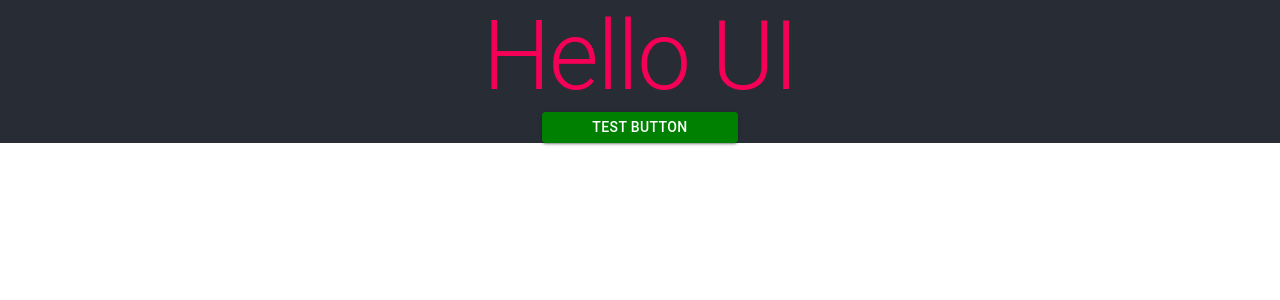
Repository: ShunsukeTanizaki/COVID19-Live
Page: /
The author's editor kept a copy of each file at every save. The page is drawn from the files as they stood at one save, then again after the next save.
The browser window is 1280 px wide. The pictures show the whole page.
The project was rebuilt for these pictures with package versions that can differ from the ones it lists, and the page was loaded fresh each time.

Above is the page before, as saved 2020-11-07 23:20:15.

After the next save:
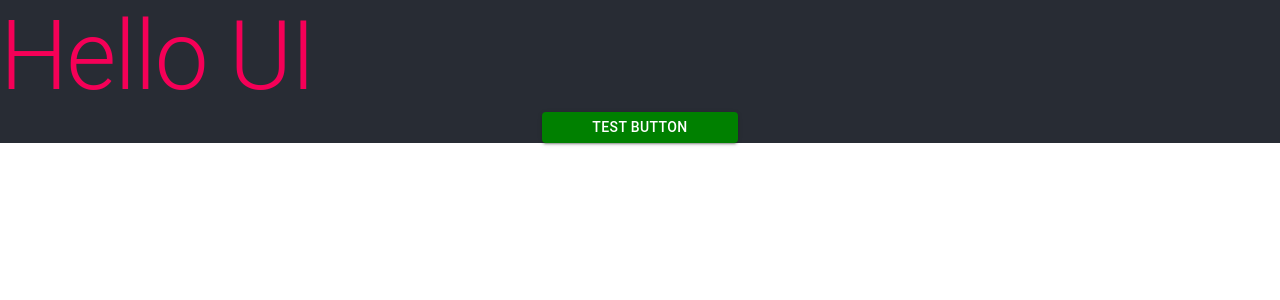
Saved 37 s later.
--- a/src/components/MaterialUI .tsx
+++ b/src/components/MaterialUI .tsx
@@ -12,7 +12,7 @@ const MaterialUI: React.FC = () => {
     const classes = useStyles();
     return (
         <div>
-            <Typography color="secondary" variant="h1">
+            <Typography color="secondary" variant="h1" align="left">
                 Hello UI
             </Typography>
             <Button
